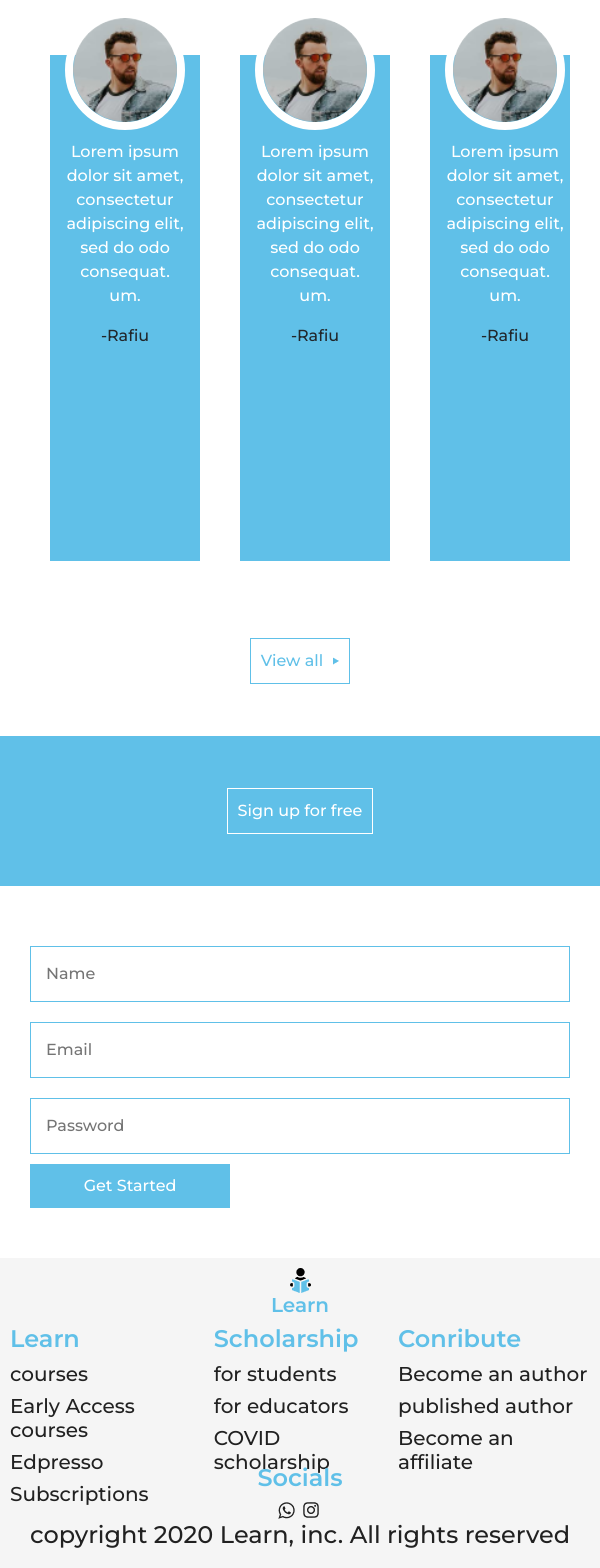
Repository: TiaraOluwanimi/team5
Page: tutor.html
These files come from the project's save history. The page is drawn as it stood at one moment and after the next save; the edit follows.
The browser window is 600 px wide. The pictures show the part of the page from y = 3929 to 5497 px (the page is 5497 px tall before and 5397 px after).
A picture or video elsewhere on the page could not be fetched, so the positions and the page height are approximate. Some web libraries are served in a nearby version.

Above is the page before, as saved 2020-08-08 12:40:24.

### tutor.html
<!DOCTYPE html>
<html lang="zxx">
  <head>
    <meta charset="UTF-8" />
    <meta name="viewport" content="width=device-width, initial-scale=1.0" />
    <title>Online Tutoring</title>
    <!-- Custom Css -->
    <link rel="stylesheet" href="./assets/css/header-footer.css" />
    <link rel="stylesheet" href="./assets/css/tutor.css" />
    <link rel="stylesheet" href="./assets/css/testimonial.css" />
    <!-- Favicon -->

    <!---------------------- CDNs----------------- -->
    <!-- Bootstrap CSS CDN -->
    <link
      rel="stylesheet"
      href="https://maxcdn.bootstrapcdn.com/bootstrap/4.0.0/css/bootstrap.min.css"
      integrity="sha384-Gn5384xqQ1aoWXA+058RXPxPg6fy4IWvTNh0E263XmFcJlSAwiGgFAW/dAiS6JXm"
      crossorigin="anonymous"
    />
    <!-- fontawesome CDN -->
    <!-- Google Font -->
    <link href="https://fonts.googleapis.com/css2?family=Montserrat:wght@500;600&display=swap" rel="stylesheet">
    <!-- Font Awesome -->
    <script src="https://kit.fontawesome.com/0f19ba4771.js" crossorigin="anonymous"></script>

</head>

<body>
    <!-- Welcome to this online tutoring website. 😊 -->
    <!--  Header  -->
    <nav class="nav1">
      <a href="#"><img src="./assets/img/logo.png" alt="" /></a>
      <div class="nav1div1">
        <img
          class="searchicon"
          onclick="displaySearchBar()"
          src="./assets/img/search.png"
          alt=""
        />
        <button class="nav1butt1">Log in</button>
        <button class="nav1butt2">Join for free</button>
      </div>
      <div class="nav1div2 display">
        <input
          class="searchbar"
          type="text"
          placeholder="Enter Text here"

        />
      </div>
    </nav>

    <!-- Landing Page -->
    <div class="div1">
        <img class="div1img1" src="./assets/img/hero-img.png" alt="">
        <div class="div1div1">
            <i class="fas fa-play-circle fa-2x div1img2"></i>
            &nbsp;&nbsp;&nbsp;
            <h3 class="div1hh1">TAKE A TOUR</h3>
        </div>
    </div>

    <div class="div2">
        <h1 class="div2hh1">
            LEARN ALL YOU WANT, AT YOUR OWN
            <span class="div2hh2">PACE.</span>
        </h1>
        <h4 class="div2hh3">
            Lorem ipsum dolor sit amet, consectetur
            adipiscing elit, sed do eiusmod tempor
            incididunt ut labore et dolore magna
            aliqua. Ut enim ad minim veniam, quis
            nostrud exercitation ullamco laboris nisi
            ut aliquip ex ea commodo consequat.
        </h4>
        <div class="div2div1">
            <button class="div2butt1">Get Started</button>
        </div>
    </div>
    <!-- join us section -->
    <section id="join-us" class="py-5" style="position: relative;">
        <div style="position: absolute; right: 0px; top:-10px;">
          <img src="./assets/img/Ellipse13.png" alt="" class="img-fluid" >
        </div>
        <div class="container">
          <div class="row">
            <div class="col-12 mx-auto text-center">
              <h4 class="mx-auto sec-head">
                <span><strong>Join Us</strong></span>
              </h4>
              <p>
                Join us for free classes taught by experts. And explore hundreds
                of free online classes.
              </p>
            </div>
            <div class="row py-3">
                <div class="col-md-4 text-center my-3">
                  <div class="box-shadow py-3">
                    <img
                      src="./assets/img/course.png"
                      alt=""
                      class="join-img img-fluid rounded-circle w-50"
                    />
                    <h4 class="my-5"><strong>Choose a Course</strong></h4>
                  </div>
                </div>
                <div class="col-md-4 text-center my-3">
                  <div class="box-shadow py-3">
                    <img
                      src="./assets/img/skillset.png"
                      alt=""
                      class="join-img img-fluid rounded-circle w-50"
                    />
                    <h4 class="my-5"><strong>Grow your skillset</strong></h4>
                  </div>
                </div>
                <div class="col-md-4 text-center my-3">
                  <div class="box-shadow py-3">
                    <img
                      src="./assets/img/mentorship.png"
                      alt=""
                      class="join-img img-fluid rounded-circle w-50"
                    />
                    <h4 class="my-5"><strong>Meet a mentor</strong></h4>
                  </div>
                </div>
                <button
                  class="btn btn-lg btn-outline-primary py-3 px-5 rounded-0 mx-auto"
                >
                  View All
                </button>
              </div>
            </div>
        </div>
          </section>

    <!-- service section -->
    <section id="services" class="py-5" style="position: relative;">
      <div style="position: absolute; left: 0px; top: -30px;">
        <img src="./assets/img/Ellipse10.png" alt="" />
      </div>
      <div
        style="position: absolute; right: 0px; top: 30%; transform: scale(-1);"
      >
        <img src="./assets/img/Ellipse10.png" alt="" />
      </div>
      <div class="container">
        <div class="row">
          <div class="col-12 mx-auto text-center">
            <h4 class="mx-auto sec-head">
              <span><strong>Services</strong></span>
            </h4>
            <p>
              Helping over 5,000 students reach their ultimate goals with our
              special packages.
            </p>
          </div>
        </div>
        <div class="row p-3">
          <div class="col-md-4 text-center py-3">
            <h4><strong>Get help, FAST</strong></h4>
            <img
              src="./assets/img/hourglass1.png"
              alt=""
              class="img-fluid w-25 my-3"
            />
            <p class="my-3" style="font-size: 14px;">
              Lorem ipsum dolor sit amet, consectetur adipiscing elit, sed do
              eiusmod tempor incididunt ut labore et dolore magna aliqua. Ut
              enim ad minim veniam, quis nostrud exercitation ullamco laboris
              nisi ut aliquip ex ea commodo consequat. um.
            </p>
            <h6 class="border py-3 px-1 mx-3 border-primary">
              Learn More <i></i>
            </h6>
          </div>
          <div class="col-md-4 text-center py-3">
            <h4><strong>Personalised tutoring</strong></h4>
            <img
              src="./assets/img/teacher1.png"
              alt=""
              class="img-fluid w-25 my-3"
            />
            <p class="my-3" style="font-size: 14px;">
              Lorem ipsum dolor sit amet, consectetur adipiscing elit, sed do
              eiusmod tempor incididunt ut labore et dolore magna aliqua. Ut
              enim ad minim veniam, quis nostrud exercitation ullamco laboris
              nisi ut aliquip ex ea commodo consequat. um.
            </p>
            <h6 class="border py-3 px-1 mx-3 border-primary">
              Learn More <i></i>
            </h6>
          </div>
          <div class="col-md-4 text-center py-3">
            <h4><strong>80+ Courses</strong></h4>
            <img
              src="./assets/img/test1.png"
              alt=""
              class="img-fluid w-25 my-3"
            />
            <p class="my-3" style="font-size: 14px;">
              Lorem ipsum dolor sit amet, consectetur adipiscing elit, sed do
              eiusmod tempor incididunt ut labore et dolore magna aliqua. Ut
              enim ad minim veniam, quis nostrud exercitation ullamco laboris
              nisi ut aliquip ex ea commodo consequat. um.
            </p>
            <h6 class="border py-3 px-1 mx-3 mx-lg-1 border-primary">
              Learn More <i></i>
            </h6>
          </div>
        </div>
      </div>
    </section>
    <!-- Testimonial section -->
    <section>
      <div>
        <div class="testimonial-heading">
          <div>
            <h4 class="mx-auto sec-head">
              <span><strong>Testimonials</strong></span>
            </h4>
          </div>
          <p>what our awesome client are saying</p>
        </div>
        <div class="testimonial-container">
          <div  id="testimonial-details">
            <div class="testimonial-card">
              <img src="./assets/img/Ellipse7.png" alt="">
              <div class="testimonial-statement">

                <p>Lorem ipsum dolor sit amet, consectetur adipiscing elit, sed do odo consequat. um.</p>
              </div>
              <p>-Rafiu</p>
            </div>
            <div class="testimonial-card">
              <img src="./assets/img/Ellipse7.png" alt="">
              <div class="testimonial-statement">
                <p>Lorem ipsum dolor sit amet, consectetur adipiscing elit, sed do odo consequat. um.</p>
              </div>
              <p>-Rafiu</p>
            </div>
            <div class="testimonial-card">
              <img src="./assets/img/Ellipse7.png" alt="">
              <div class="testimonial-statement">
                <p>Lorem ipsum dolor sit amet, consectetur adipiscing elit, sed do odo consequat. um.</p>
              </div>
              <p>-Rafiu</p>
            </div>
            <div class="testimonial-card">
              <img src="./assets/img/Ellipse7.png" alt="">
              <div class="testimonial-statement">

                <p>Lorem ipsum dolor sit amet, consectetur adipiscing elit, sed do odo consequat. um.</p>
              </div>
              <p>-Rafiu</p>
            </div>
            <div class="testimonial-card">
              <img src="./assets/img/Ellipse7.png" alt="">
              <div class="testimonial-statement">
                <p>Lorem ipsum dolor sit amet, consectetur adipiscing elit, sed do odo consequat. um.</p>
              </div>
              <p>-Rafiu</p>
            </div>
            <div class="testimonial-card">
              <img src="./assets/img/Ellipse7.png" alt="">
              <div class="testimonial-statement">
                <p>Lorem ipsum dolor sit amet, consectetur adipiscing elit, sed do odo consequat. um.</p>
              </div>
              <p>-Rafiu</p>
            </div>
        </div>
      </div>
        <div id="view-all-button">

          <button>View all<img src="./assets/img/polygonImg.png" alt="A play "/></button>
        </div>

        <div id="sign-button">

          <button>Sign up for free</button>
        </div>
        <div class="testimonial-container">
          <form >
            <input type="text" placeholder="Name">
            <input type="email" placeholder="Email">
            <input type="password" placeholder="Password">
            <button>Get Started</button>
          </form>
        </div>
      </div>
    </section>
    <!--  Footer  -->
    <footer class="footer1">
      <div class="footer1div1">
        <img class="footer1img1" src="./assets/img/logo.png" alt="" />
        <h5 class="footer1hh1">Learn</h5>
      </div>

      <div class="footer1div2">
        <div class="footer1div3">
          <h4 class="footer1hh2">Learn</h4>
          <a href="" class="footer1link1"
            ><h5 class="footer1hh3">courses</h5></a
          >
          <a href="" class="footer1link1"
            ><h5 class="footer1hh3">Early Access courses</h5></a
          >
          <a href="" class="footer1link1"
            ><h5 class="footer1hh3">Edpresso</h5></a
          >
          <a href="" class="footer1link1"
            ><h5 class="footer1hh3">Subscriptions</h5></a
          >
        </div>
        <div class="footer1div4">
          <h4 class="footer1hh2">Scholarship</h4>
          <a href="" class="footer1link1"
            ><h5 class="footer1hh3">for students</h5></a
          >
          <a href="" class="footer1link1"
            ><h5 class="footer1hh3">for educators</h5></a
          >
          <a href="" class="footer1link1"
            ><h5 class="footer1hh3">COVID scholarship</h5></a
          >
        </div>
        <div class="footer1div5">
          <h4 class="footer1hh2">Conribute</h4>
          <a href="" class="footer1link1"
            ><h5 class="footer1hh3">Become an author</h5></a
          >
          <a href="" class="footer1link1"
            ><h5 class="footer1hh3">published author</h5></a
          >
          <a href="" class="footer1link1"
            ><h5 class="footer1hh3">Become an affiliate</h5></a
          >
        </div>
      </div>

      <div class="footer1div6">
        <h4 class="footer1hh2 redd">Socials</h4>
        <a href="#"><img src="./assets/img/whatsapp.png" alt="" /></a>
        <a href="#"><img src="./assets/img/instagram.png" alt="" /></a>
      </div>

      <h4 class="footer1hh4">
        copyright 2020 Learn, inc. All rights reserved
      </h4>
    </footer>

    <!---------------------- CDNs----------------- -->
    <!-- jQuery CDN -->
    <script
      src="https://code.jquery.com/jquery-3.2.1.slim.min.js"
      integrity="sha384-KJ3o2DKtIkvYIK3UENzmM7KCkRr/rE9/Qpg6aAZGJwFDMVNA/GpGFF93hXpG5KkN"
      crossorigin="anonymous"
    ></script>
    <!-- ajax CDN -->
    <script
      src="https://cdnjs.cloudflare.com/ajax/libs/popper.js/1.12.9/umd/popper.min.js"
      integrity="sha384-ApNbgh9B+Y1QKtv3Rn7W3mgPxhU9K/ScQsAP7hUibX39j7fakFPskvXusvfa0b4Q"
      crossorigin="anonymous"
    ></script>
    <!-- BootstrapJS CDN -->
    <script
      src="https://maxcdn.bootstrapcdn.com/bootstrap/4.0.0/js/bootstrap.min.js"
      integrity="sha384-JZR6Spejh4U02d8jOt6vLEHfe/JQGiRRSQQxSfFWpi1MquVdAyjUar5+76PVCmYl"
      crossorigin="anonymous"
    ></script>
    <!-- Custom Javascript Links -->
    <script src="./assets/js/tutor.js"></script>
  </body>
</html>

### assets/css/header-footer.css

/*  Header Navbar */
body{
  margin: 0;
}
.nav1{
   margin: 10px;
}
.nav1div1{
    display: inline;
    float: right;
}
.nav1butt1{
    color: #212121;
    border-color: #212121;
    border-width: 1px;
    background-color: #FFFFFF;
    padding: 7px 7px;
    font-family: 'Montserrat', sans-serif;
    font-weight: 500;
    outline: none;
    margin-left: 35px;
}
.nav1butt2{
    color: #FFFFFF;
    border-color: #60C0E8;
    border: none;
    background-color: #60C0E8;
    padding: 8px 7px;
    font-family: 'Montserrat', sans-serif;
    font-weight: 500;
    outline: none;
    margin-left: 8px;
}
.nav1butt1:hover{
    background-color: #f0f0f0;
      cursor: pointer;
}
.nav1butt2:hover{
    background-color: #60adce;
    cursor: pointer;
}
.searchicon:hover{
    cursor: pointer;
}
.nav1div2{
    text-align: center;
    width: 100%;
    margin-top: 10px;
}
.searchbar{
    width: 60%;
    font-family: 'Montserrat', sans-serif;
    outline: none;
    border-radius: 10px;
    padding: 10px;
    border-width: 1px;
}
.footer1link1{
    text-decoration: none;
}
.display{
    display: none;
}



/*  Footer  */
.footer1{
    padding: 10px;
    background-color: #F5F5F5;
}
.footer1div1{
    text-align: center;
}
.footer1hh1{
    margin-top: 0px;
    font-family: 'Montserrat', sans-serif;
    color: #60C0E8;
    font-weight: 600;
}
.footer1div2{
    display: flex;
    flex-direction:row;
    justify-content: space-evenly;
}
.footer1hh2{
    font-family: 'Montserrat', sans-serif;
    color: #60C0E8;
    font-weight: 600;
}
.footer1hh3{
    font-family: 'Montserrat', sans-serif;
    color: #212121;
    font-weight: normal;
}
.footer1div6{
    text-align: center;
    margin-top: -50px;
}
.redd{
    margin-bottom: 5px;
}
.footer1hh4{
    text-align: center;
    font-family: 'Montserrat', sans-serif;
    color: #212121;
    font-style: normal;
    font-weight: 500;
}

/* Footer Media Queries */
@media only screen and (max-width: 399px) {
    .footer1div2{
        flex-direction: column;
        align-items: center;
    }
    .footer1div6{
        text-align: center;
        margin-top: -10px;
    }
}

### assets/css/tutor.css
* {
  font-family: "Montserrat", sans-serif;
}
.div1 {
  margin: 10px;
  text-align: center;
}
.div1div1 {
  width: 100%;
  display: flex;
  justify-content: center;
  background-color: #60c0e8;
  margin-top: -5px;
}
.div1img1 {
  width: 100%;
  height: 350px;
}
.div1img2 {
  padding-top: 15px;
  color: #ffffff;
}
.div1div1:hover {
  background-color: #60adce;
  cursor: pointer;
}
.div1hh1 {
  font-family: "Montserrat", sans-serif;
  font-weight: 600;
  color: #ffffff;
}

.div2 {
  margin: 10px;
}
.div2hh1 {
  font-family: "Montserrat", sans-serif;
  text-align: center;
  color: #3a3a3a;
  font-weight: bold;
}
.div2hh2 {
  color: #60c0e8;
}
.div2hh3 {
  font-family: "Montserrat", sans-serif;
  text-align: center;
  color: #000000;
  font-weight: 500;
}
.div2div1 {
  text-align: center;
}
.div2butt1 {
  background-color: #60c0e8;
  font-weight: 500;
  color: #ffffff;
  border: none;
  outline: none;
  padding: 15px 30px;
  font-size: large;
}
.div2butt1:hover {
  background-color: #60adce;
  cursor: pointer;
}

/* this handles the line in each section heading  */
.sec-head {
  width: 30%;
  text-align: center;
  border-bottom: 2px solid #000;
  line-height: 0.1em;
  margin: 10px 0 20px;
}
.sec-head span {
  background: #fff;
  padding: 0 10px;
}
/* join us images border */
.join-img {
  border: 5px solid #60c0e8 !important;
}
/* box shadow */
.box-shadow {
  box-shadow: 0px 5px 30px 0.5px #e6e6e6;
}
.box-shadow:hover {
  box-shadow: 0px 5px 30px 5px #c7c7c7;
}

@media screen and (max-width: 320px) {
  .sec-head {
    width: 70%;
  }
}

### assets/css/testimonial.css
.testimonial-heading{
    text-align:center;
    margin-bottom: 50px;;
}
.testimonial-card{
    text-align: center;
    height:250px;
    width:500px;
    padding:15px;
    position: relative;
    background-color: #60C0E8;
    margin: 50px 20px 25px;


}
.testimonial-card img{
    margin-top:-60px;

    width:120px;
    border: 8px solid white;
    border-radius: 100%;

}
.testimonial-statement{
    color:#fff;
    margin:10px 0;
}


.testimonial-container{
    width:90%;
    margin:0 auto;
    overflow: hidden;
}

#sign-button{
    background: #60C0E8;
    width:100%;
    height:150px;
    display: flex;
    align-items: center;
    justify-content: center;
}
#sign-button button{
    background:#60C0E8;
    color:#fff;
    padding:10px;
    border:1px solid #fff;
    transition: ease 1s;
}
#sign-button button:hover{
    background:#fff;
    color:#60C0E8;
  ;
}
#view-all-button{

    width:100%;
    height:150px;
    display: flex;
    align-items: center;
    justify-content: center;
}
#view-all-button button{
    background: #fff;
    padding:10px;
    color:#60C0E8;
    padding:10px;
    border:1px solid #60C0E8;
    transition: ease 1s;
}
#view-all-button button img{
    margin-left:10px;
}
#view-all-button button:hover{
    background:#fff;
    color:#60C0E8;
  ;
}
form{
    box-sizing: border-box;
    margin:50px 0;
}
form input{
    width:100%;
    margin:10px 0;
    padding:15px;
    border: 1px solid #60C0E8;
    box-sizing: border-box;
}

form button{
    width:200px;
    margin: 0 auto;
    background: #60C0E8;
    color:#fff;
    padding:10px;
    border:none;
}
@media(max-width:759px){
    #testimonial-details{
        display:flex;
        flex-direction: row;
        justify-content: space-around;
        flex-wrap:nowrap;
        overflow-x: scroll;
        overflow-y: hidden;
        max-width:100%;

    }
    .testimonial-card{
        text-align: center;
        width:350px;
        height:506px;
        padding:15px;
        position: relative;
        background-color: #60C0E8;
        margin: 50px 20px 25px;


    }
}
@media(min-width:760px){
    .testimonial-container{
        width:80%;
        margin:0 auto;
        overflow: hidden;
    }
    #testimonial-details{
        display:flex;
        justify-content: space-around;
        flex-wrap:nowrap;

    }
}

### assets/js/tutor.js

function displaySearchBar(){
    document.querySelector(".nav1div2").classList.toggle("display");
}

After the next save:
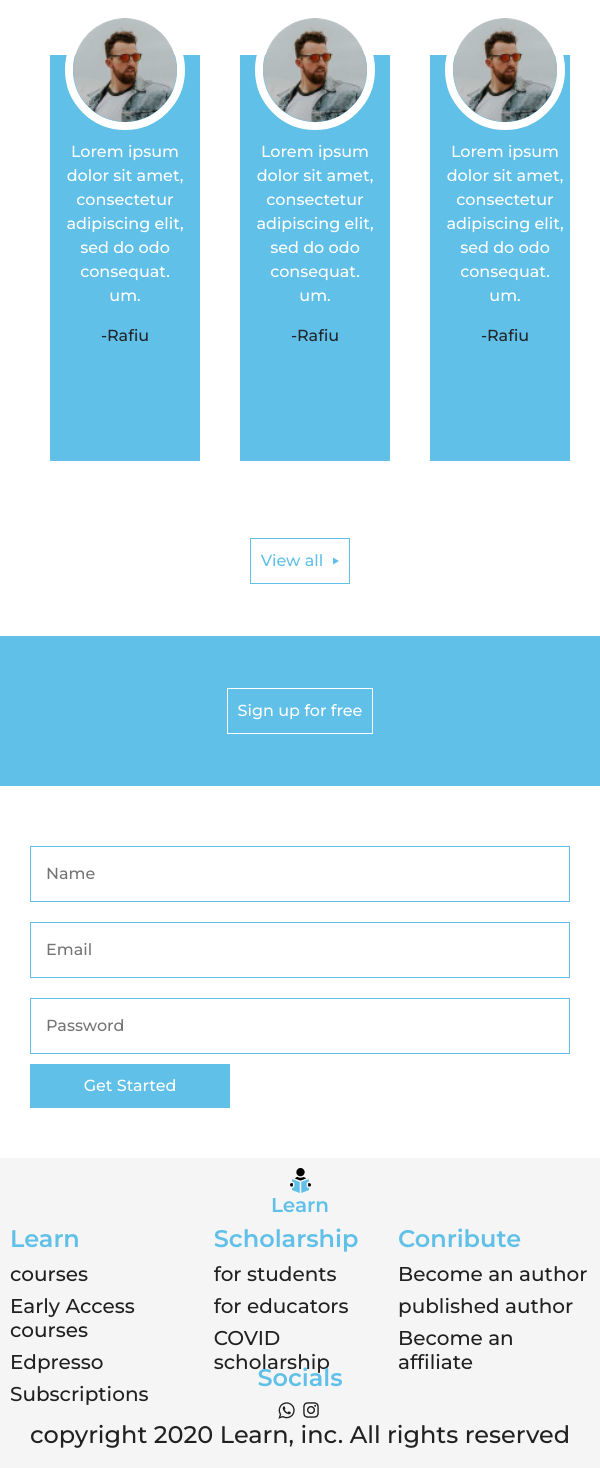
Saved 6 s later.
--- a/assets/css/testimonial.css
+++ b/assets/css/testimonial.css
@@ -111,7 +111,7 @@ form button{
     .testimonial-card{
         text-align: center;
         width:350px;
-        height:506px;
+        height:406px;
         padding:15px;
         position: relative;
         background-color: #60C0E8;
